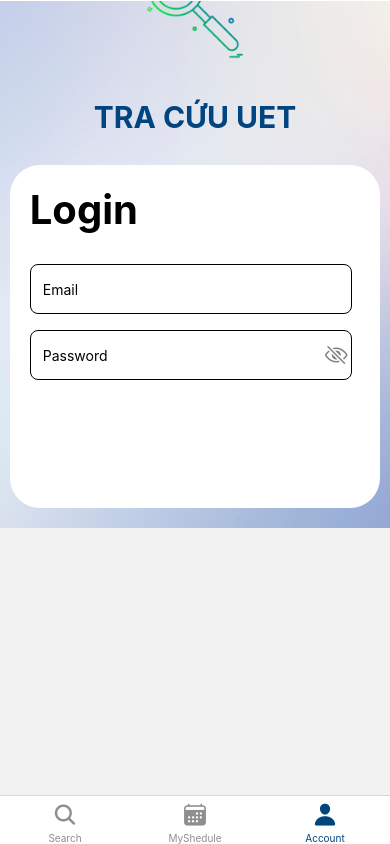
Repository: nguyenkhackien/Student-Progress-Tracker-
Screen: /Account (app in MyApp/)
An editor plug-in stored every save of this project. The screen is shown before and after a run of saves, followed by the edit.
The app was drawn by React Native's web renderer in a window 390 px wide. The project was rebuilt for these pictures with package versions that can differ from the ones it lists, and the page was loaded fresh each time. Also part of the build but not shown: MyApp/src/components/MyScheduleScreen.js.

Above is the screen before, as saved 2024-07-21 22:09:08.

### MyApp/App.js
import { createBottomTabNavigator } from "@react-navigation/bottom-tabs"
import { StatusBar } from "react-native"
import { Platform, SafeAreaView, StyleSheet, Text, View } from "react-native"
import AccountScreen from "./src/components/AccountScreen"
import MyScheduleScreen from "./src/components/MyScheduleScreen"
import SearchScreen from "./src/components/SearchSreen"
import { NavigationContainer } from "@react-navigation/native"
import { primaryColor } from "./src/Constants/Color"
import { Ionicons } from "@expo/vector-icons"

const Tab = createBottomTabNavigator()
const screenOptions = {
    headerShown: false,
    tabBarActiveTintColor: primaryColor,
}
export default function App() {
    return (
        <SafeAreaView style={styles.root}>
            <NavigationContainer>
                <Tab.Navigator screenOptions={screenOptions}>
                    <Tab.Screen
                        name="Search"
                        component={SearchScreen}
                        options={{
                            tabBarIcon: ({ focus, color, size }) => {
                                return (
                                    <Ionicons
                                        name={"search"}
                                        size={size}
                                        color={color}
                                    />
                                )
                            },
                        }}
                    />
                    <Tab.Screen
                        name="MyShedule"
                        component={MyScheduleScreen}
                        options={{
                            tabBarIcon: ({ focus, color, size }) => {
                                return (
                                    <Ionicons
                                        name={"calendar"}
                                        size={size}
                                        color={color}
                                    />
                                )
                            },
                        }}
                    />
                    <Tab.Screen
                        name="Account"
                        component={AccountScreen}
                        options={{
                            tabBarIcon: ({ focus, color, size }) => {
                                return (
                                    <Ionicons
                                        name={"person"}
                                        size={size}
                                        color={color}
                                    />
                                )
                            },
                        }}
                    />
                </Tab.Navigator>
            </NavigationContainer>
        </SafeAreaView>
    )
}
const styles = StyleSheet.create({
    root: {
        flex: 1,
        paddingTop: Platform.OS === "android" ? StatusBar.currentHeight : 1,
    },

})

### MyApp/src/components/AccountScreen.js
import { StyleSheet, Text, View } from "react-native"
import LoginScreen from "./LoginScreen"
export default function AccountScreen() {
    return (
        <LoginScreen/>
    )
}
const style = StyleSheet.create({

})

### MyApp/src/components/SearchSreen.js
import { StyleSheet, Text, View } from "react-native"

export default function SearchScreen() {
    return (
        <View>
            <Text> Search screen</Text>
        </View>
    )
}

### MyApp/src/Constants/Color.js
export const primaryColor = "#004580"

### MyApp/src/components/LoginScreen.js
import React, { useState } from "react"
import {
    View,
    Text,
    Image,
    TextInput,
    TouchableOpacity,
    ImageBackground,
} from "react-native"
import { Ionicons } from "@expo/vector-icons"
import { primaryColor } from "../Constants/Color"

const LoginScreen = () => {
    const [Email, setEmail] = useState("")
    const [password, setPassword] = useState("")
    const [passwordVisible, setPasswordVisible] = useState(false)

    const togglePasswordVisibility = () => {
        setPasswordVisible(!passwordVisible)
    }

    return (
        <View>
            <ImageBackground
                source={require("../../assets/bgc.png")}
                style={{ width: "100%", height: "100%" }}
            >
                <View style={styles.container}>
                    <Image
                        source={require("../../assets/logo.png")}
                        style={styles.logoIcon}
                    />
                    <Text style={styles.title}>TRA CỨU UET</Text>
                    <View style={styles.loginContainer}>
                        <Text style={styles.title}>
                            <Text style={{fontSize:40,color:'black'}}>Login</Text>
                        </Text>
                        <Text></Text>
                        <View style={styles.inputContainer}>
                            <TextInput
                                style={styles.input}
                                onChangeText={setEmail}
                                value={Email}
                                placeholder="Email"
                            />
                        </View>
                        <View style={styles.inputContainer}>
                            <TextInput
                                style={styles.input}
                                onChangeText={setPassword}
                                value={password}
                                placeholder="Password"
                                secureTextEntry={!passwordVisible}
                            />
                            <TouchableOpacity
                                onPress={togglePasswordVisibility}
                                style={styles.eyeIcon}
                            >
                                <Ionicons
                                    name={
                                        passwordVisible
                                            ? "eye-outline"
                                            : "eye-off-outline"
                                    }
                                    size={24}
                                    color="grey"
                                />
                            </TouchableOpacity>
                        </View>
                    </View>
                </View>
            </ImageBackground>
        </View>
    )
}

const styles = {
    container: {
        flex: 1,
        justifyContent:"flex-end",
        alignItems: "center",
    },
    title: {
        fontSize: 30,
        fontWeight: "bold",
        marginBottom: 30,
        color: primaryColor,
    },
    logoIcon: {
        width: 150,
        height: 150,
        marginVertical: 20,
    },
    loginContainer: {
        width: "95%",
        height: "65%",
        padding: 20,
        marginBottom:20,
        backgroundColor: "white",
        borderRadius: 30,
    },
    inputContainer: {
        flexDirection: "row",
        alignItems: "center",
        marginBottom: 16,
    },
    input: {
        flex: 1,
        height: 50,
        borderWidth: 1,
        borderRadius: 8,
        paddingHorizontal: 12,
        marginRight: 8,
    },
    phoneIcon: {
        position: "absolute",
        right: 12,
    },
    eyeIcon: {
        position: "absolute",
        right: 12,
    },
}

export default LoginScreen

After the next 2 saves:
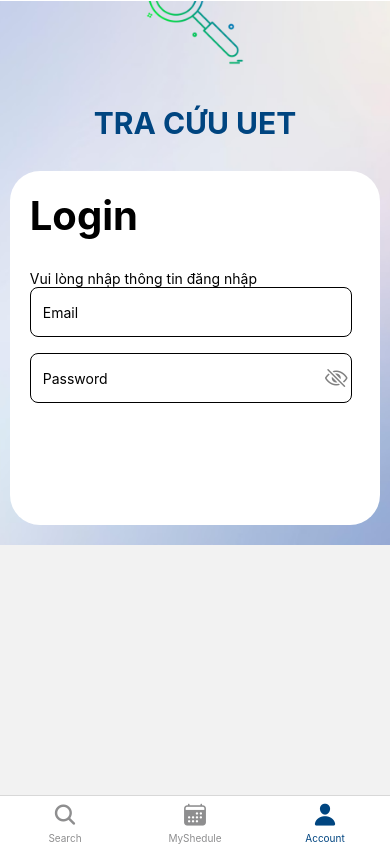
The 2 saves are shown as one change because they came seconds apart.
The last was saved 13 s later.
--- a/MyApp/src/components/LoginScreen.js
+++ b/MyApp/src/components/LoginScreen.js
@@ -35,7 +35,7 @@ const LoginScreen = () => {
                         <Text style={styles.title}>
                             <Text style={{fontSize:40,color:'black'}}>Login</Text>
                         </Text>
-                        <Text></Text>
+                        <Text>Vui lòng nhập thông tin đăng nhập</Text>
                         <View style={styles.inputContainer}>
                             <TextInput
                                 style={styles.input}
